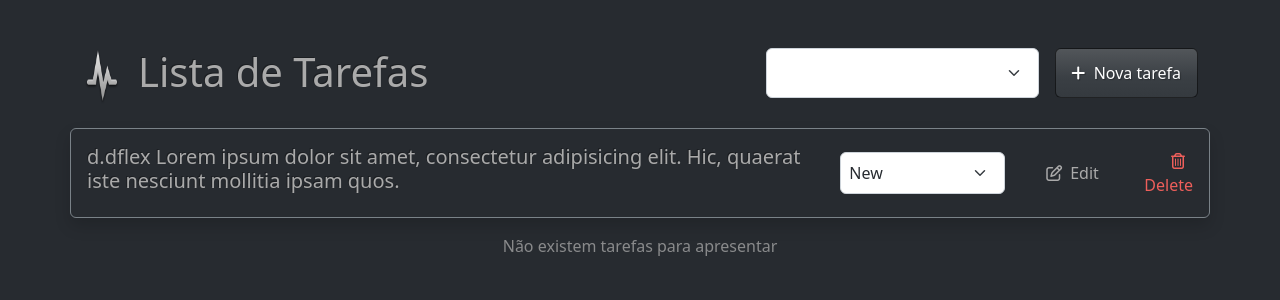
Repository: cargugati/lista_tarefas
Page: frontEnd/index.html
These files come from the project's save history. The page is drawn as it stood at one moment and after the next save; the edit follows.
The browser window is 1280 px wide. The pictures show the whole page.

Above is the page before, as saved 2023-03-18 22:57:25.

After the next save:
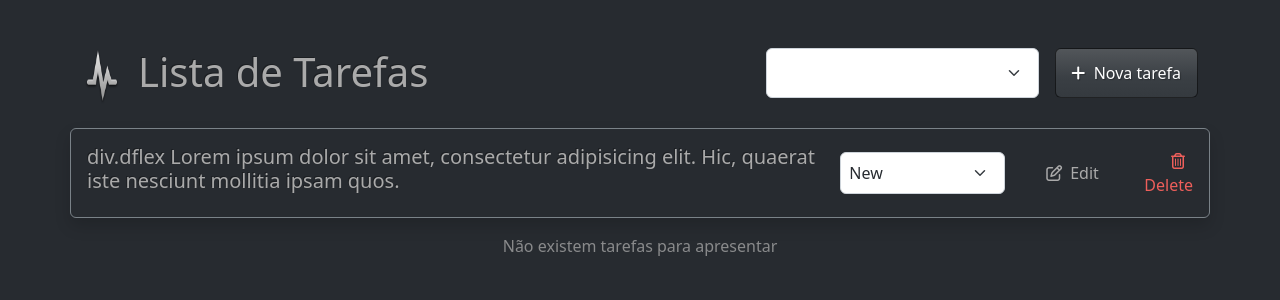
Saved 4 s later.
--- a/frontEnd/index.html
+++ b/frontEnd/index.html
@@ -40,7 +40,7 @@
         <div class="row align-items-center">
           <div class="col-8">
             <h5>
-              d.dflex
+              div.dflex
             Lorem ipsum dolor sit amet, consectetur adipisicing elit. Hic, quaerat iste nesciunt mollitia ipsam
               quos.
             </h5>
